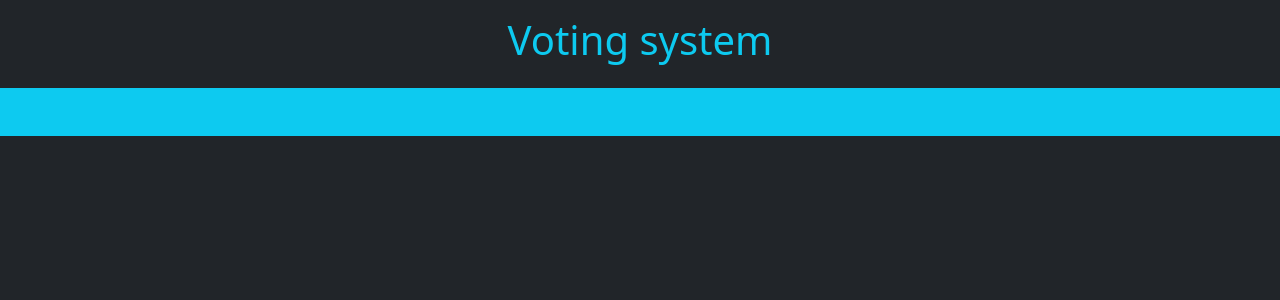
Repository: AvinashLikesToLearnNewStuff/VotingSite
Page: http://localhost/partials/registration.php
These files come from the project's save history. The page is drawn as it stood at one moment and after the next save; the edit follows.
The browser window is 1280 px wide. The pictures show the whole page.
The page is run by PHP 8.4 with error messages shown; the project is at /var/www/html/.

Above is the page before, as saved 2023-03-09 10:22:33.

After the next save:
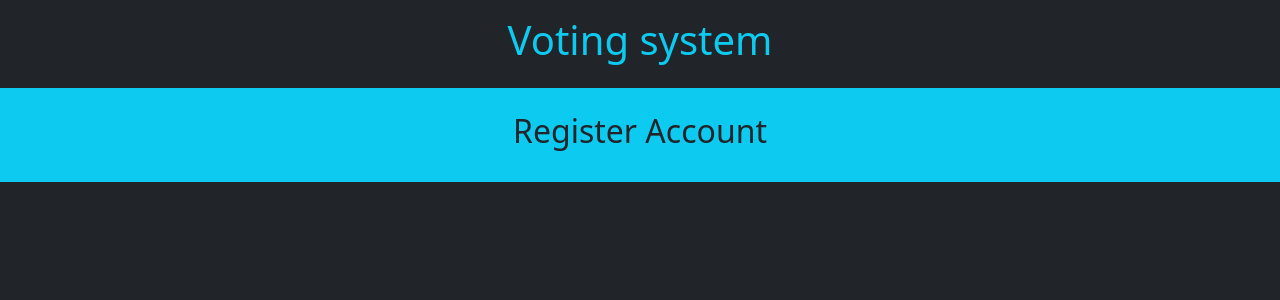
Saved 22 s later.
--- a/partials/registration.php
+++ b/partials/registration.php
@@ -11,7 +11,7 @@
 <body class="bg-dark">
     <h1 class="text-center text-info p-3">Voting system</h1>
     <div class="bg-info py-4">
-
+        <h2 class="text-center">Register Account</h2>
     </div>
 
 
